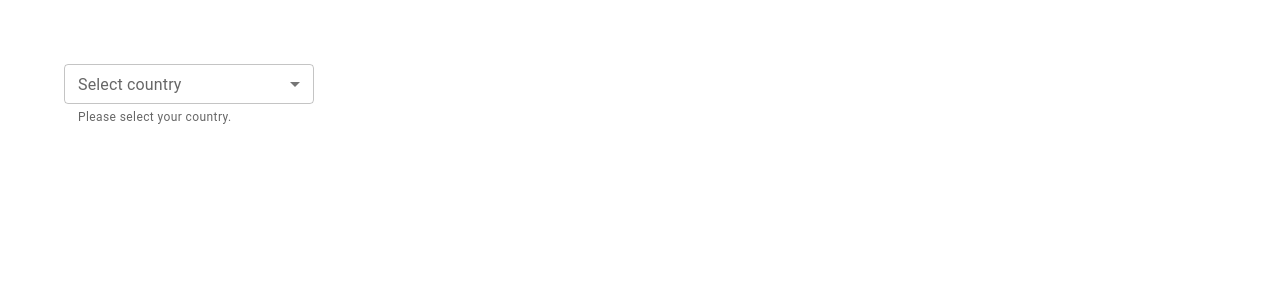
Repository: janidulnkg1/react-mui
Page: / (app in mui-demo/)
An editor plug-in stored every save of this project. The page is shown before and after a run of saves, followed by the edit.
The browser window is 1280 px wide. The pictures show the whole page.
The project was rebuilt for these pictures with package versions that can differ from the ones it lists, and the page was loaded fresh each time.

Above is the page before, as saved 2023-11-09 09:05:46.

### mui-demo/public/index.html
<!DOCTYPE html>
<html lang="en">
  <head>
    <meta charset="utf-8" />
    <link rel="icon" href="%PUBLIC_URL%/favicon.ico" />
    <meta name="viewport" content="width=device-width, initial-scale=1" />
    <meta name="theme-color" content="#000000" />
    <meta
      name="description"
      content="Web site created using create-react-app"
    />
    <link rel="apple-touch-icon" href="%PUBLIC_URL%/logo192.png" />
    <!--
      manifest.json provides metadata used when your web app is installed on a
      user's mobile device or desktop. See https://developers.google.com/web/fundamentals/web-app-manifest/
    -->
    <link rel="manifest" href="%PUBLIC_URL%/manifest.json" />
    <!--
      Notice the use of %PUBLIC_URL% in the tags above.
      It will be replaced with the URL of the `public` folder during the build.
      Only files inside the `public` folder can be referenced from the HTML.

      Unlike "/favicon.ico" or "favicon.ico", "%PUBLIC_URL%/favicon.ico" will
      work correctly both with client-side routing and a non-root public URL.
      Learn how to configure a non-root public URL by running `npm run build`.
    -->
    <title>react-mui-ts-demo</title>
  </head>
  <body>
    <noscript>You need to enable JavaScript to run this app.</noscript>
    <div id="root"></div>
    <!--
      This HTML file is a template.
      If you open it directly in the browser, you will see an empty page.

      You can add webfonts, meta tags, or analytics to this file.
      The build step will place the bundled scripts into the <body> tag.

      To begin the development, run `npm start` or `yarn start`.
      To create a production bundle, use `npm run build` or `yarn build`.
    -->
  </body>
</html>

### mui-demo/src/App.tsx
import './App.css';
//import { MuiTypography } from './components/MuiTypography';
//import { MuiButton } from './components/MuiButton';
//import {MuiTextField } from './components/MuiTextField'
import {MuiSelect } from './components/MuiSelect'

function App() {
  return (
    <div className="App">

      {/*MuiTypography */}
      {/*MuiButton */}
      {/*MuiTextField */}
      <MuiSelect />
    </div>
  );
}

export default App;

### mui-demo/src/components/MuiSelect.tsx
import {Box, TextField, MenuItem } from '@mui/material'
import React, { useState } from 'react';

export const MuiSelect = () => {
    const [countries, setCountries] = useState<string[]>([])
    console.log({ countries })
    const handleChange = (event: React.ChangeEvent<HTMLInputElement>) => {
            const value = event.target.value
        setCountries(typeof value === 'string' ? value.split(',') : value)
    }
  return (
    <Box width='250px'>
        <TextField label='Select country'
         select value={countries}
          onChange={handleChange}
          fullWidth
          SelectProps={{multiple: true,}}
           size='small'
           color='secondary'
           helperText='Please select your country.'>
            <MenuItem value='LK'>Sri Lanka</MenuItem>
            <MenuItem value='US'>USA</MenuItem>
            <MenuItem value='CA'>Canada</MenuItem>
            <MenuItem value='AU'>Australia</MenuItem>
        </TextField>
    </Box>
  )
}

Loaded but not shown: mui-demo/src/index.tsx (common file); mui-demo/src/index.css (common file); mui-demo/src/reportWebVitals.ts (common file); mui-demo/src/App.css (common file)

After the next 2 saves:
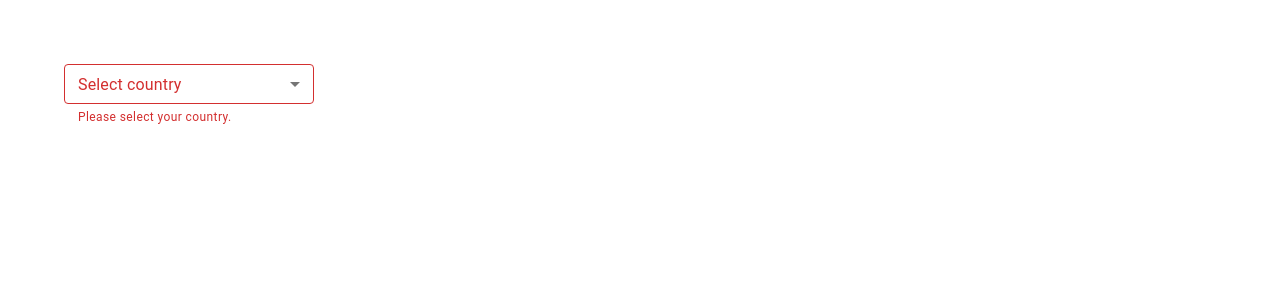
The 2 saves are shown as one change because they came seconds apart.
The last was saved 43 s later.
--- a/mui-demo/src/components/MuiSelect.tsx
+++ b/mui-demo/src/components/MuiSelect.tsx
@@ -17,7 +17,8 @@ export const MuiSelect = () => {
           SelectProps={{multiple: true,}}
            size='small'
            color='secondary'
-           helperText='Please select your country.'>
+           helperText='Please select your country.'
+           error>
             <MenuItem value='LK'>Sri Lanka</MenuItem>
             <MenuItem value='US'>USA</MenuItem>
             <MenuItem value='CA'>Canada</MenuItem>
